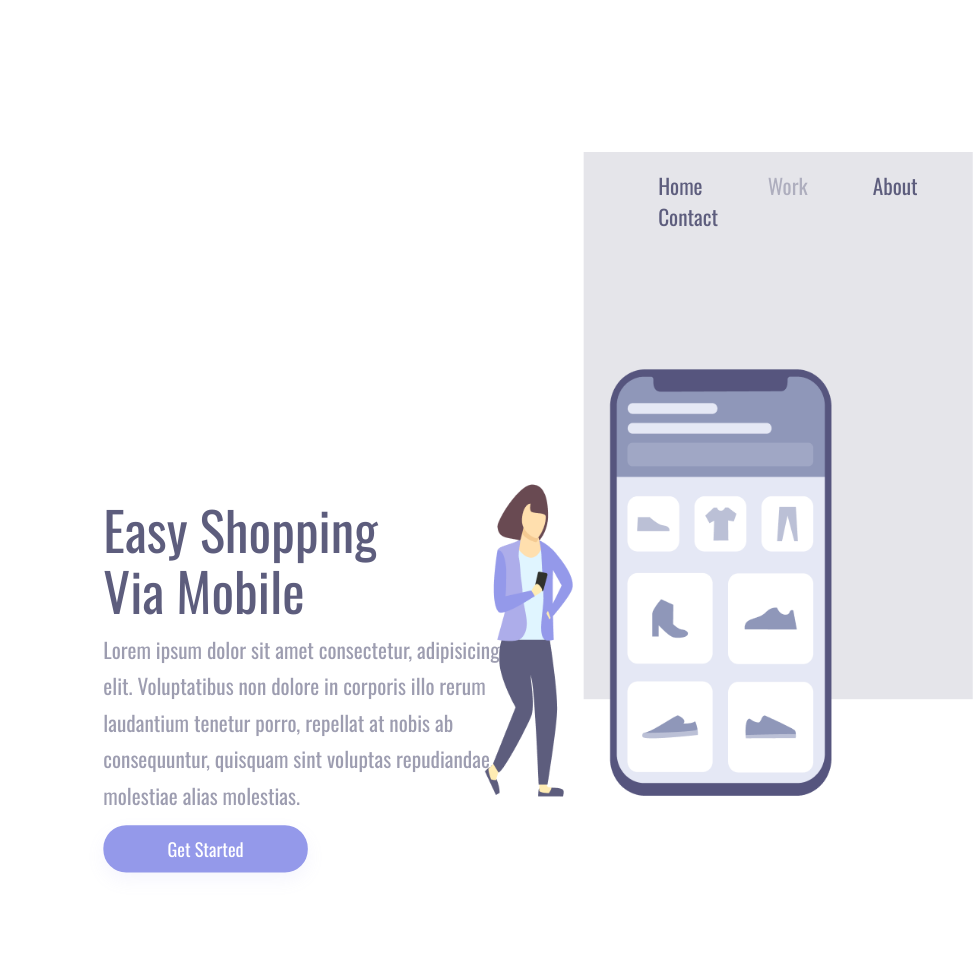
Repository: DihOliver/Projeto-Responsivo
Page: index.html
These files come from the project's save history. The page is drawn as it stood at one moment and after the next save; the edit follows.
The browser window is 1280 px wide. The pictures show the whole page, at 76% of full size.
Some web fonts or font styles are not loaded; a fallback is used.

Above is the page before, as saved 2023-06-06 23:12:05.

### index.html
<!DOCTYPE html>
<html lang="en">
  <head>
    <meta charset="UTF-8" />
    <meta http-equiv="X-UA-Compatible" content="IE=edge" />
    <meta name="viewport" content="width=device-width, initial-scale=1.0" />
    <link rel="stylesheet" href="./styles.css" />
    <link rel="preconnect" href="https://fonts.googleapis.com" />
    <link rel="preconnect" href="https://fonts.gstatic.com" crossorigin />
    <link
      href="https://fonts.googleapis.com/css2?family=Montserrat:ital,wght@0,500;0,600;0,700;0,900;1,400&family=Oswald&family=Poppins:wght@400;500;700&family=Roboto:wght@400;500;700&family=Tilt+Prism&display=swap"
      rel="stylesheet"
    />
    <title>Css - Responsividade</title>
  </head>
  <body>
    <div class="wrapper">
      <section class="container-left">
        <h1>Easy Shopping Via Mobile</h1>
        <p>
          Lorem ipsum dolor sit amet consectetur, adipisicing elit. Voluptatibus
          non dolore in corporis illo rerum laudantium tenetur porro, repellat
          at nobis ab consequuntur, quisquam sint voluptas repudiandae,
          molestiae alias molestias.
        </p>
        <button>Get Started</button>
      </section>
      <section class="container-rigth">
        <header>
          <a>Home</a>
          <a>Work</a>
          <a>About</a>
          <a>Contact</a>
        </header>
        <img alt="Girl=cellphone.png" src="./img/girl-cellphone.png" />
      </section>
    </div>
  </body>
</html>

### styles.css
*{
    margin: 0;
    padding: 0;
    box-sizing: border-box;
    font-family: 'Oswald', sans-serif;
    font-weight: 400;
}

.wrapper {
    height: 100vh;
    width: 100vw;
    margin-top: 200px;
}

.container-left {
    display: inline-block;
    width: 60%;
    padding: 136px;
    margin-top: 25%;

}

.container-rigth {
    display: inline-block;
    background-color: rgba(93,93,125,0.16);
    height: 100vh;
    width: 40%;
    position: absolute;

}

img {
    position: relative;
    top: 25%;
    right: 130px;
}

h1 {
    font-weight: 0px;
    font-size: 70px;
    line-height: 80px;
    color: #5D5D7D;
    width: 368px;
    height: 160px;
    width: 368px;

}

p {
    font-size: 28px;
    line-height: 48px;
    color: #5D5D7D;
    opacity: 0.6;
    margin: 15px 0;
    width: 540px;

}

button {
    width: 269px;
    height: 62px;
    background: #9499EA;
    font-size: 24px;
    line-height: 36px;
    text-align: center;
    box-shadow: 0px 10px 24px rgba(148, 153, 234, 0.0979959);
    color: #FFFFFF;
    border: none;
    border-radius: 30px;
    cursor: pointer;
    }

    button:hover {
        opacity: .8;
    }

    button:active {
        opacity: .5;
    }

    a {
        font-size: 28px;
        line-height: 41px;
        color: #5D5D7D;
        margin: 41px;
        cursor: pointer;
    }

    a:nth-child(2) {
        opacity: 0.4;

    }

    a:hover {
        opacity: 0.4;
    }

    a:active {
        opacity: 0.8;
    }

    header {
        margin: 24px 0 0 57px;
    }

After the next save:
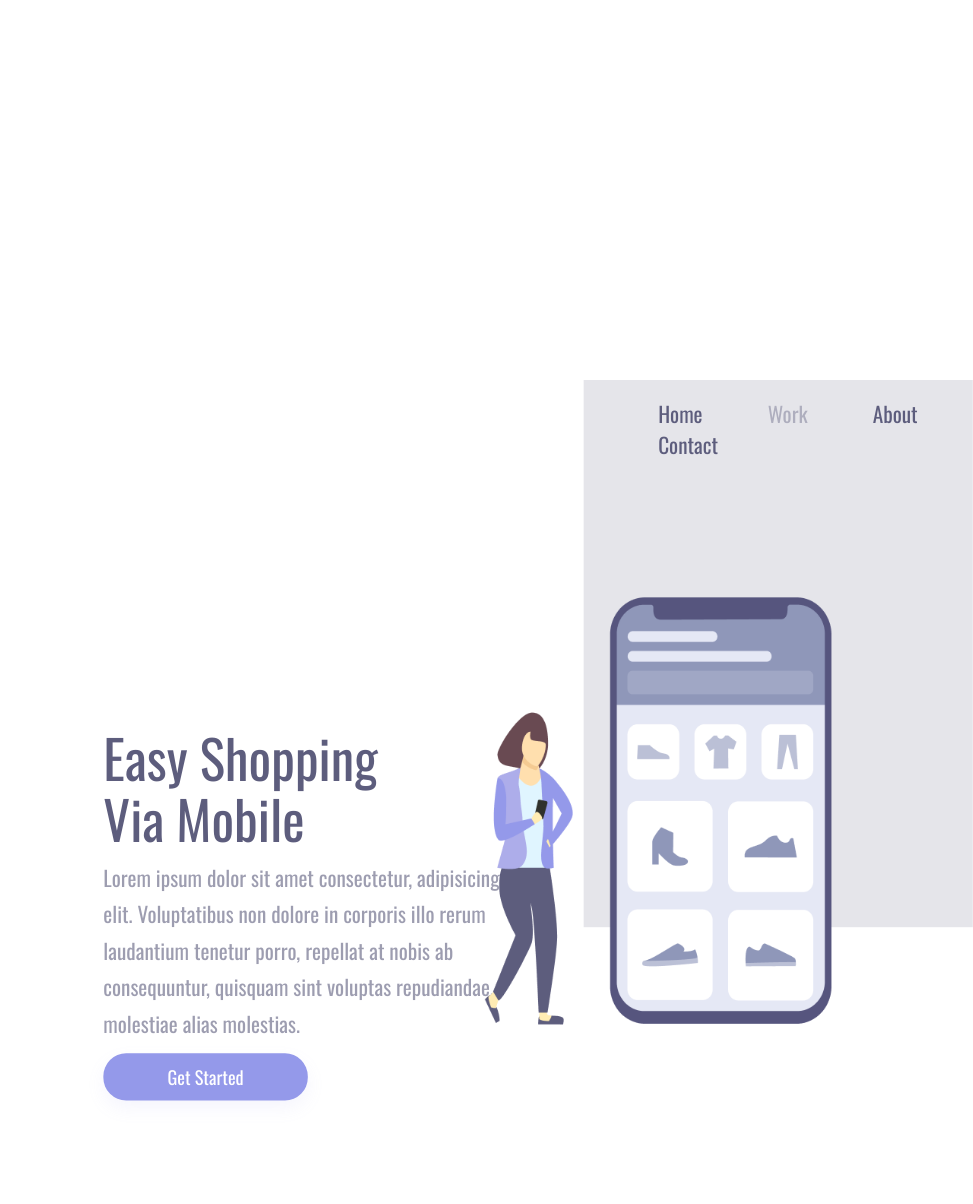
Saved 6 s later.
--- a/styles.css
+++ b/styles.css
@@ -9,7 +9,7 @@
 .wrapper {
     height: 100vh;
     width: 100vw;
-    margin-top: 200px;
+    margin-top: 500px;
 }
 
 .container-left {
